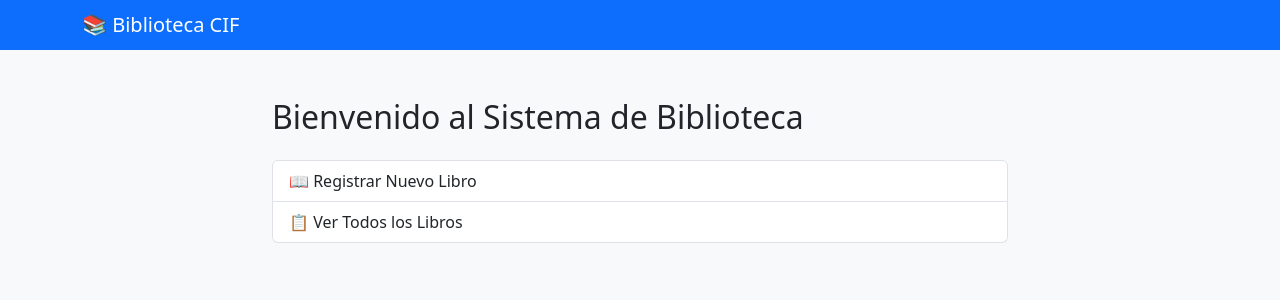
Repository: rafarmk/biblioteca-cif
Page: http://localhost/biblioteca-cif/
An editor plug-in stored every save of this project. The page is shown before and after the next save, followed by the edit.
The browser window is 1280 px wide. The pictures show the whole page.
The page is run by PHP 8.4 with error messages shown; the project is at /var/www/html/.

Above is the page before, as saved 2025-10-08 10:59:22.

### index.php
<?php
// index.php - Página principal
?>
<!DOCTYPE html>
<html lang="es">
<head>
    <meta charset="UTF-8">
    <meta name="viewport" content="width=device-width, initial-scale=1.0">
    <title>Biblioteca CIF</title>
    <link href="https://cdn.jsdelivr.net/npm/bootstrap@5.3.0/dist/css/bootstrap.min.css" rel="stylesheet">
</head>
<body class="bg-light">
    <nav class="navbar navbar-dark bg-primary">
        <div class="container">
            <span class="navbar-brand mb-0 h1">📚 Biblioteca CIF</span>
        </div>
    </nav>

    <div class="container mt-5">
        <div class="row">
            <div class="col-md-8 offset-md-2">
                <h2 class="mb-4">Bienvenido al Sistema de Biblioteca</h2>
                <div class="list-group">
                    <a href="vistas/form-Libro.php" class="list-group-item list-group-item-action">
                        📖 Registrar Nuevo Libro
                    </a>
                    <a href="vistas/listar-libros.php" class="list-group-item list-group-item-action">
                        📋 Ver Todos los Libros
                    </a>
                </div>
            </div>
        </div>
    </div>
</body>
</html>

### controllers/BibliotecacifController.php
<?php
class BibliotecacifController {
    public function index() {
        echo "<h1>Bienvenido a Biblioteca CIF</h1>";
        echo "<p>Sistema funcionando correctamente</p>";
        echo '<a href="/biblioteca-cif/auth">Ir a Login</a>';
    }
}

After the next save:
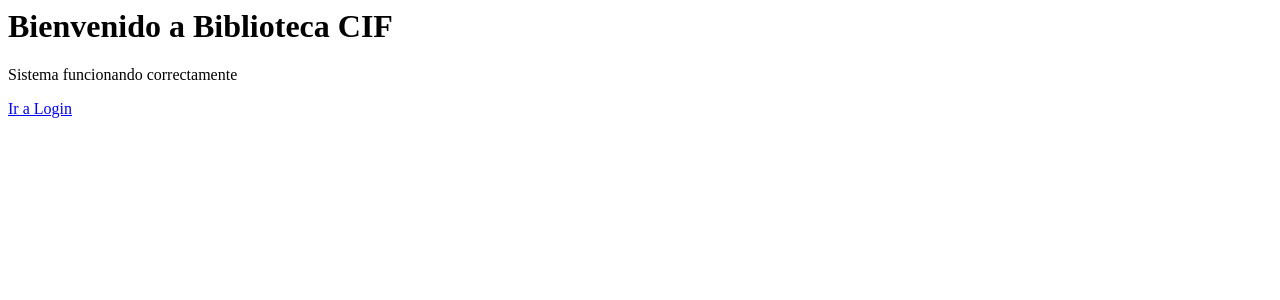
Saved 66 s later.
--- a/index.php
+++ b/index.php
@@ -1,35 +1,37 @@
 <?php
-// index.php - Página principal
-?>
-<!DOCTYPE html>
-<html lang="es">
-<head>
-    <meta charset="UTF-8">
-    <meta name="viewport" content="width=device-width, initial-scale=1.0">
-    <title>Biblioteca CIF</title>
-    <link href="https://cdn.jsdelivr.net/npm/bootstrap@5.3.0/dist/css/bootstrap.min.css" rel="stylesheet">
-</head>
-<body class="bg-light">
-    <nav class="navbar navbar-dark bg-primary">
-        <div class="container">
-            <span class="navbar-brand mb-0 h1">📚 Biblioteca CIF</span>
-        </div>
-    </nav>
+// index.php - Front Controller
 
-    <div class="container mt-5">
-        <div class="row">
-            <div class="col-md-8 offset-md-2">
-                <h2 class="mb-4">Bienvenido al Sistema de Biblioteca</h2>
-                <div class="list-group">
-                    <a href="vistas/form-Libro.php" class="list-group-item list-group-item-action">
-                        📖 Registrar Nuevo Libro
-                    </a>
-                    <a href="vistas/listar-libros.php" class="list-group-item list-group-item-action">
-                        📋 Ver Todos los Libros
-                    </a>
-                </div>
-            </div>
-        </div>
-    </div>
-</body>
-</html>
+// Obtener la ruta solicitada
+$uri = trim($_SERVER['REQUEST_URI'], '/');
+$base = 'biblioteca-cif'; // nombre de tu carpeta en Laragon
+$uri = str_replace($base . '/', '', $uri); // eliminar base del URI
+
+$segments = explode('/', $uri);
+
+// ✅ Paso 1: Eliminar guiones del nombre del controlador
+$segments[0] = str_replace('-', '', $segments[0]);
+
+// Determinar controlador y método
+$controllerName = !empty($segments[0]) ? ucfirst($segments[0]) . 'Controller' : 'HomeController';
+$method = $segments[1] ?? 'index';
+
+// Ruta al controlador
+$controllerPath = "controllers/$controllerName.php";
+
+if (file_exists($controllerPath)) {
+    require_once $controllerPath;
+
+    if (class_exists($controllerName)) {
+        $controller = new $controllerName();
+
+        if (method_exists($controller, $method)) {
+            $controller->$method();
+        } else {
+            echo "❌ Método '$method' no encontrado en $controllerName.";
+        }
+    } else {
+        echo "❌ Clase '$controllerName' no definida en el archivo.";
+    }
+} else {
+    echo "❌ Controlador '$controllerName' no encontrado.";
+}
